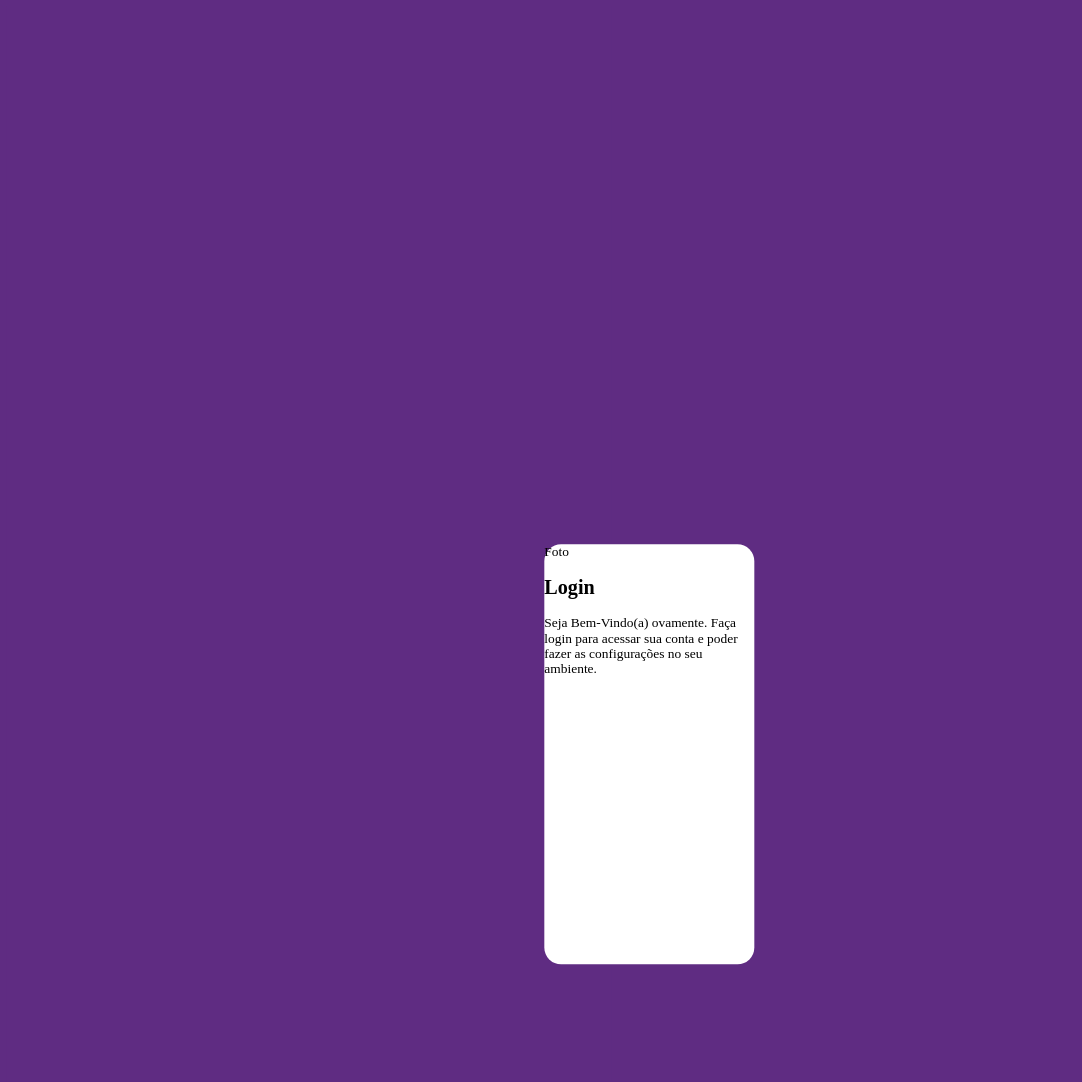
Repository: Guillermomarcon/Projeto-Login
Page: index.html
An editor plug-in stored every save of this project. The page is shown before and after a run of saves, followed by the edit.
The browser window is 1280 px wide. The page is 1288 px wide, so the pictures cover 1288 px, including what lies to the right of the window. The pictures show the whole page, at 84% of full size.

Above is the page before, as saved 2022-09-03 14:11:15.

After the next 4 saves:
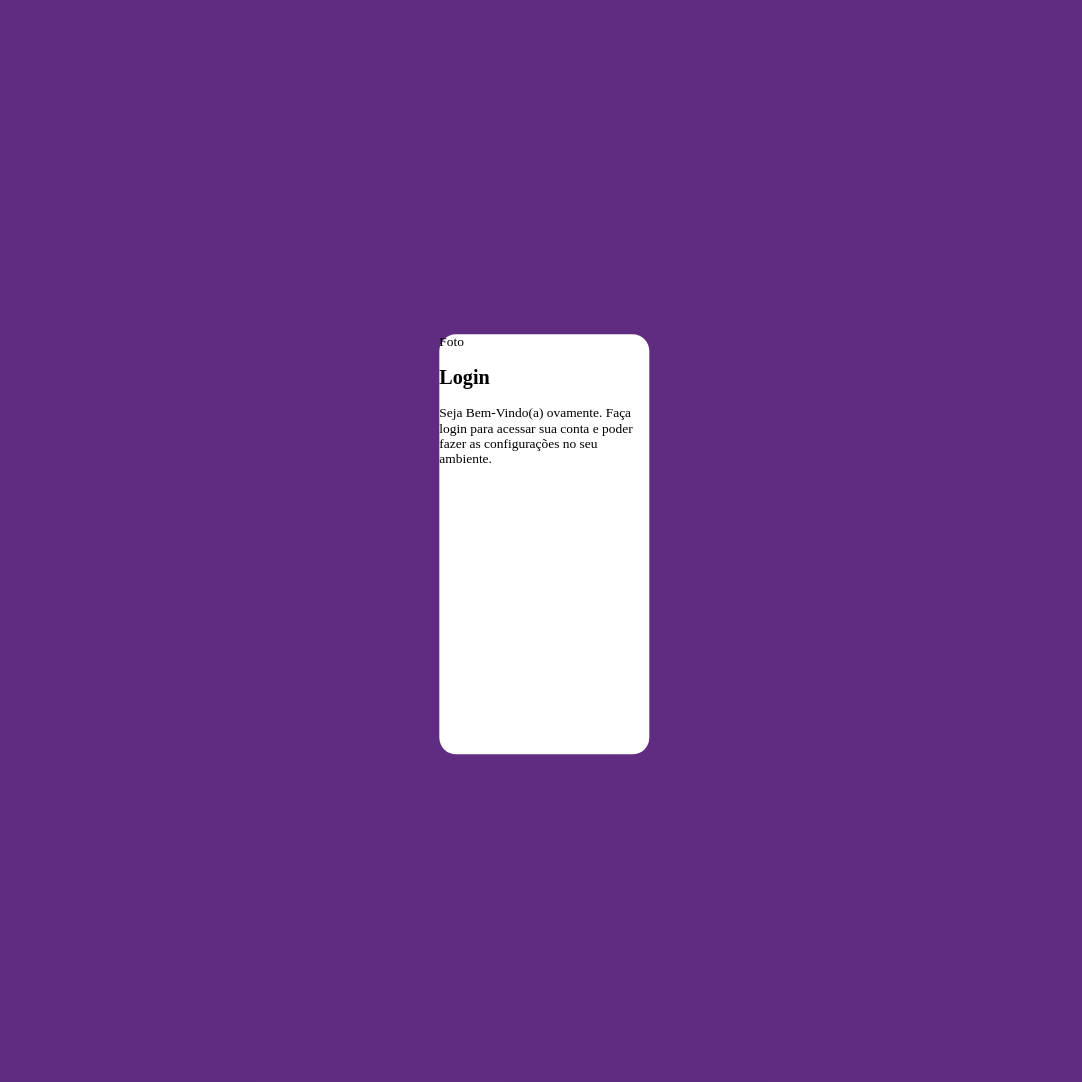
The 4 saves are shown as one change because they came seconds apart.
The last was saved 11 s later.
--- a/estilos/style.css
+++ b/estilos/style.css
@@ -30,7 +30,7 @@ section#login {
     position: absolute;
     top: 50%;
     left: 50%;
-    transform: translate(-50);
+    transform: translate(-50%,-50%);
     background-color:white ;
     width: 250px;
     height: 500px;
